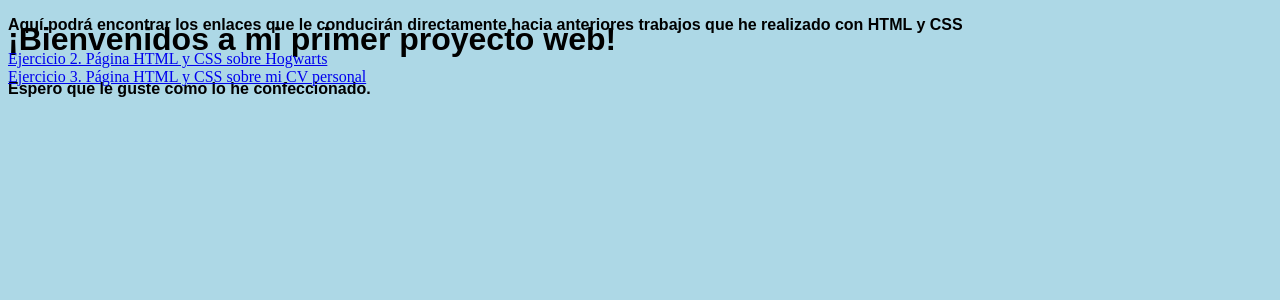
Repository: Pablosky971/Ejercicio-4.-Proyecto-Web
Page: http://localhost/Ejercicio4/
The author's editor kept a copy of each file at every save. The page is drawn from the files as they stood at one save, then again after the next save.
The browser window is 1280 px wide. The pictures show the whole page.
The page is served by Tomcat 9.

Above is the page before, as saved 2022-03-09 12:44:03.

After the next save:
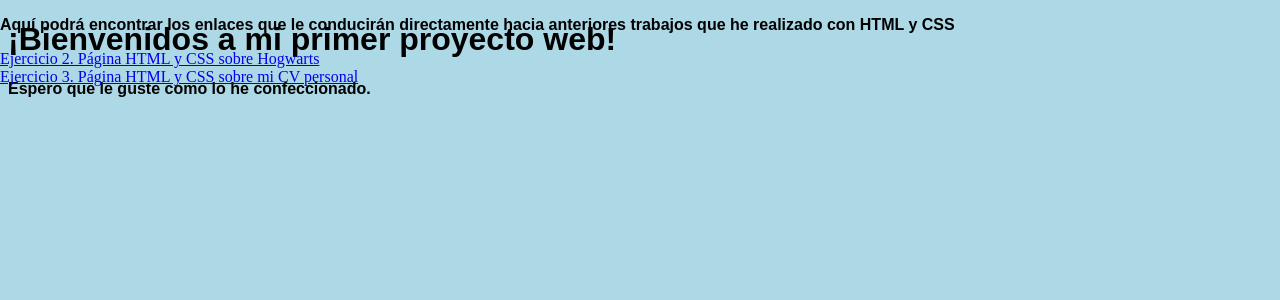
Saved 5 s later.
--- a/Ejercicio4/src/main/webapp/css/index.css
+++ b/Ejercicio4/src/main/webapp/css/index.css
@@ -20,8 +20,8 @@ h3.navegacion {
 
 nav {
 	position: absolute;
-	top: 0;
-	left: ;
+	top: 0%;
+	left: 0%;
 	width: ;
 	height: ;
 	display: block;
